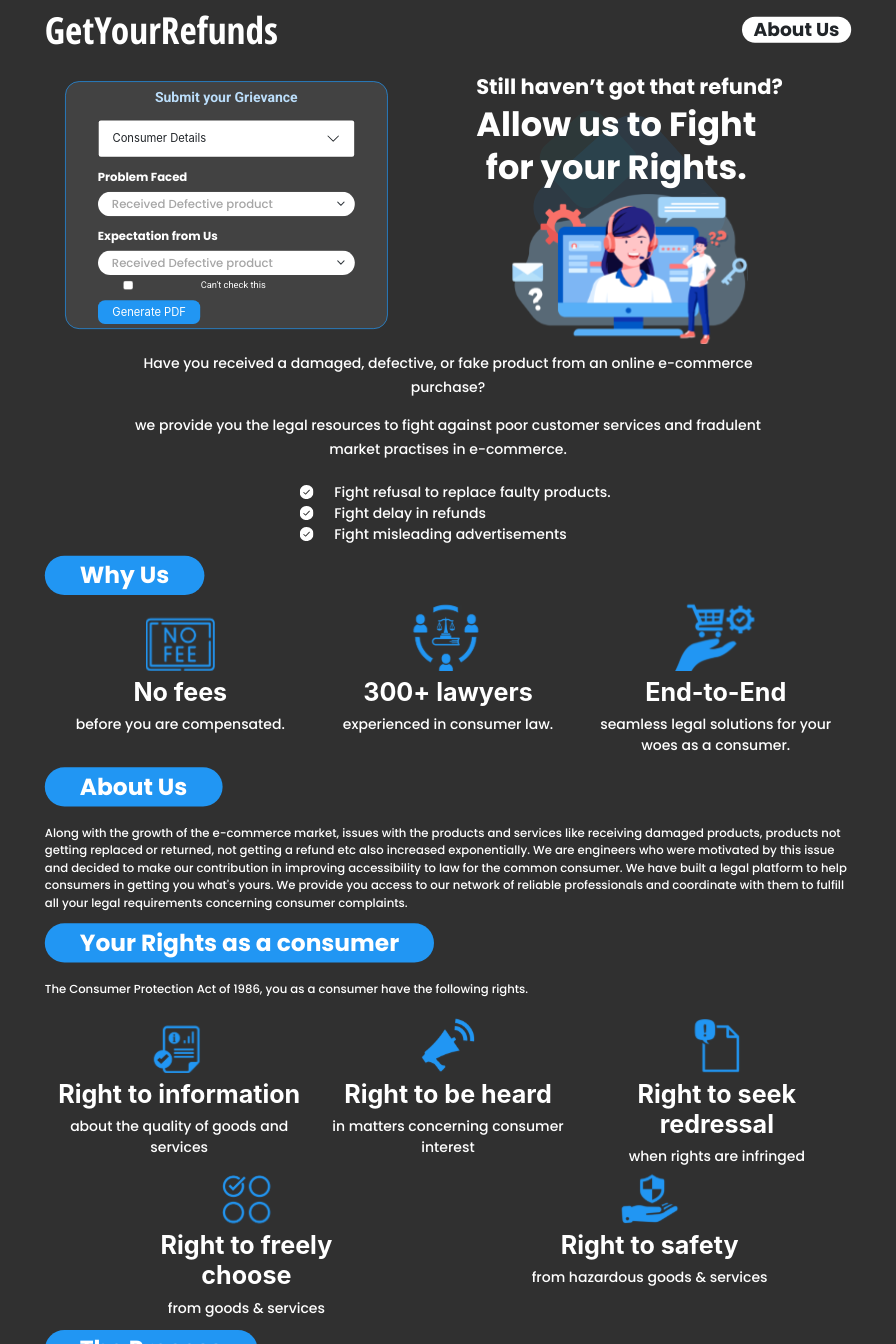
Repository: Eren00Yeager/initial-survey
Page: /consumer-complaints
An editor plug-in stored every save of this project. The page is shown before and after the next save, followed by the edit.
The browser window is 1280 px wide. The pictures show the part of the page from y = 0 to 1920 px (the page is 2604 px tall before and 2633 px after), at 70% of full size.
Some web fonts or font styles are not loaded; a fallback is used. The project was rebuilt for these pictures with package versions that can differ from the ones it lists, and the page was loaded fresh each time. The framework's server and built-in components were replaced by stand-ins that run in the browser. Also part of the build but not shown: next.config.js.

Above is the page before, as saved 2022-07-14 12:56:34.

After the next save:
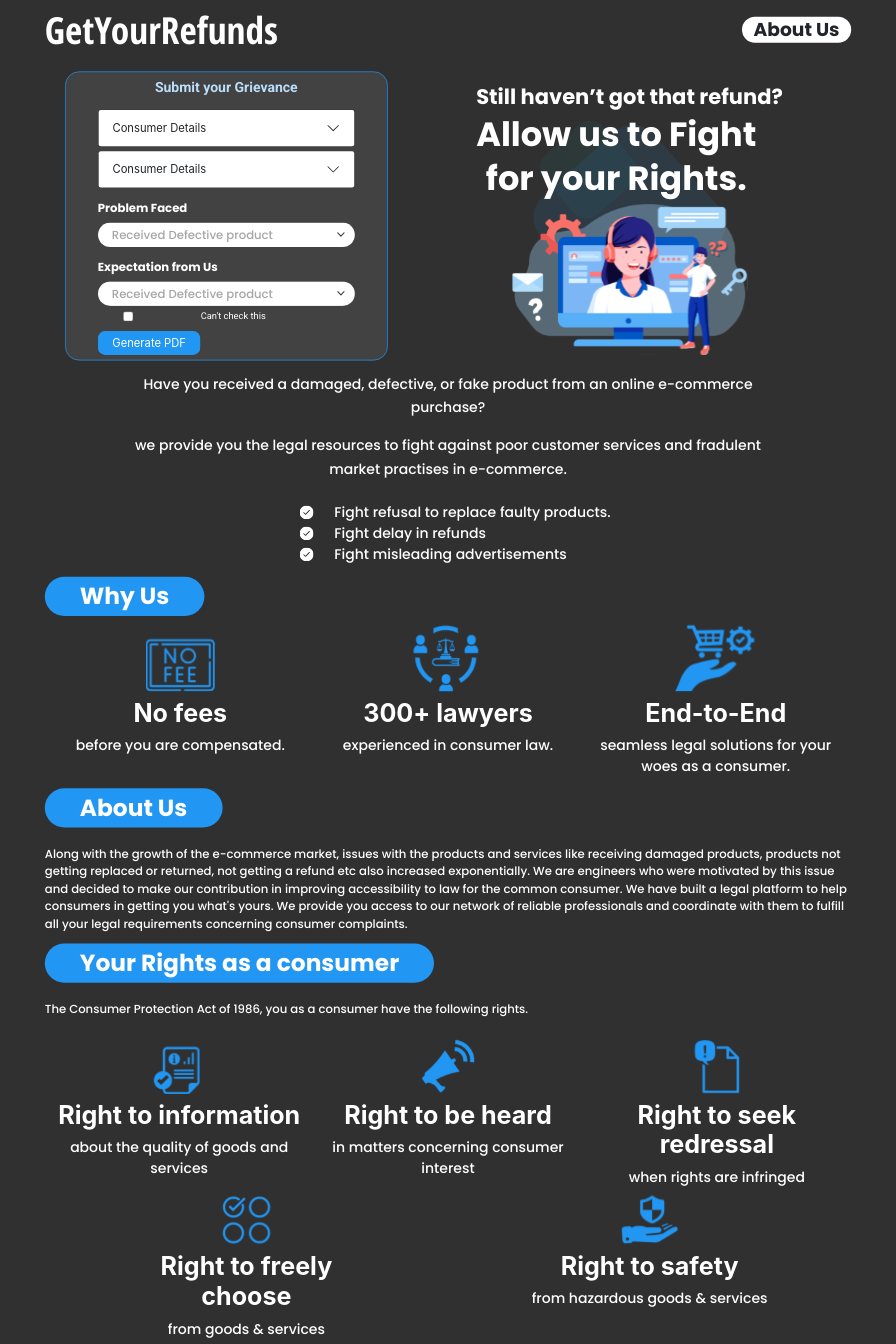
Saved 2 min 1 s later.
--- a/pages/consumer-complaints.jsx
+++ b/pages/consumer-complaints.jsx
@@ -145,6 +145,32 @@ export default function consumer() {
                         </Accordion.Body>
                     </Accordion.Item>
                 </Accordion>
+                <Accordion >
+                    <Accordion.Item eventKey="0" style={{background:"#424242"}}>
+                        <Accordion.Header>Consumer Details</Accordion.Header>
+                        <Accordion.Body>
+                            <Form.Group className={consumerStyles.det}>
+                                <Form.Label className={consumerStyles.nam}>Name</Form.Label>
+                                <Form.Control className={consumerStyles.plc} type="text" placeholder="Name of consumer" />
+                            </Form.Group>
+
+                            <Form.Group className={consumerStyles.det} >
+                                <Form.Label className={consumerStyles.nam}>Mobile No.</Form.Label>
+                                <Form.Control className={consumerStyles.plc} type="Mobile No." pattern="[0-9]{10}" placeholder="Mobile No." onChange={(e) => setMobile(e.target.value)} />
+                            </Form.Group>
+
+                            <Form.Group className={consumerStyles.det} >
+                                <Form.Label className={consumerStyles.nam}>Email Id.</Form.Label>
+                                <Form.Control className={consumerStyles.plc} type="text" placeholder="Email Id." onChange={(e) => setMobile(e.target.value)} />
+                            </Form.Group>
+
+                            <Form.Group className={consumerStyles.det}>
+                                <Form.Label className={consumerStyles.nam}>Address of Consumer</Form.Label>
+                                <Form.Control className={consumerStyles.plc} placeholder="Address of Consumer" />
+                            </Form.Group>
+                        </Accordion.Body>
+                    </Accordion.Item>
+                </Accordion>
 
                 <Form.Group className={consumerStyles.det}>
                     <Form.Label className={consumerStyles.nam}>Problem Faced</Form.Label>
